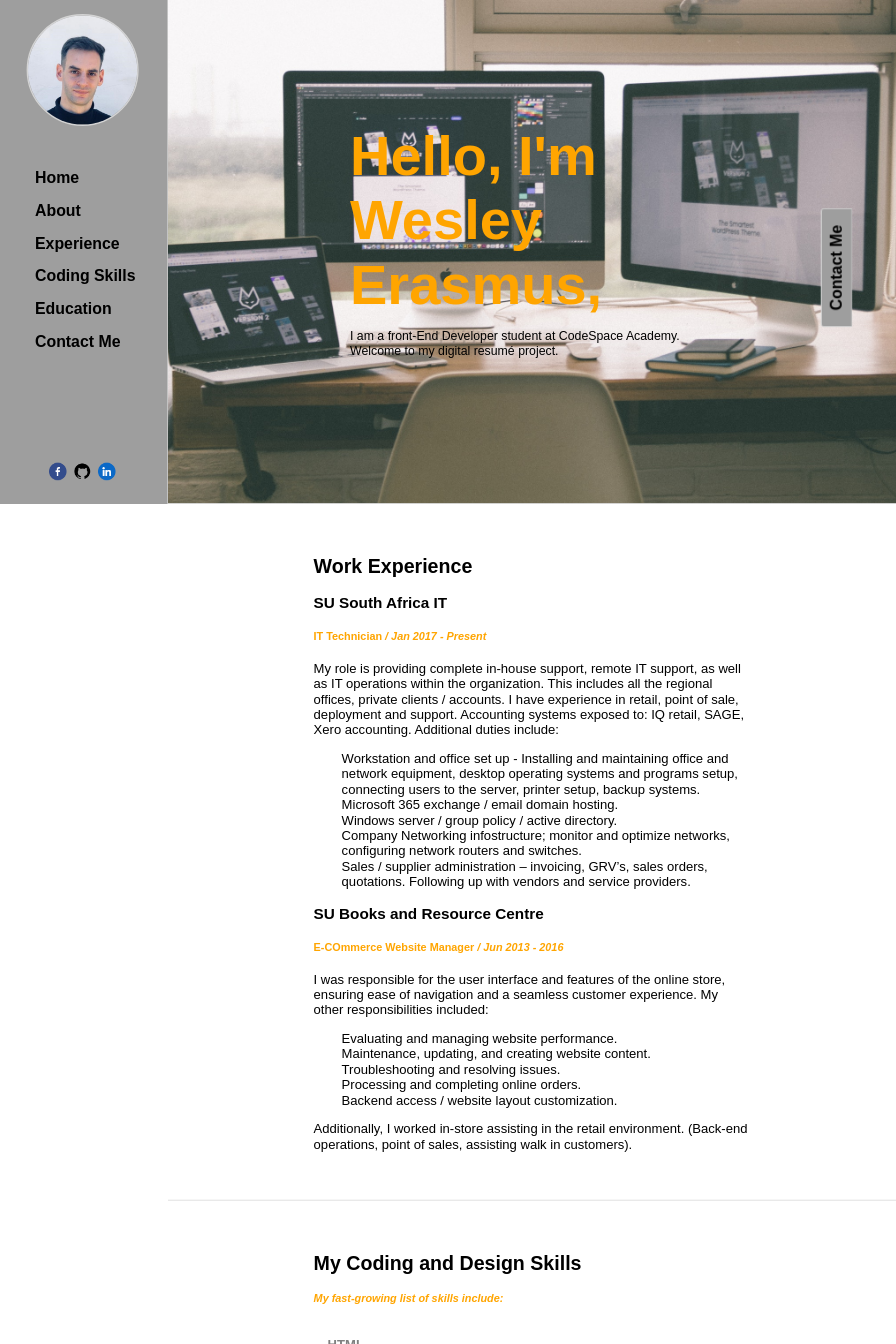
Repository: WesleyErasmus/MyDigitalResume-5
Page: index.html
An editor plug-in stored every save of this project. The page is shown before and after the next save, followed by the edit.
The browser window is 1280 px wide. The pictures show the part of the page from y = 0 to 1920 px (the page is 4069 px tall), at 70% of full size.
Pictures or frames that could not be fetched are drawn as grey boxes.

Above is the page before, as saved 2022-03-06 20:23:59.

After the next save:
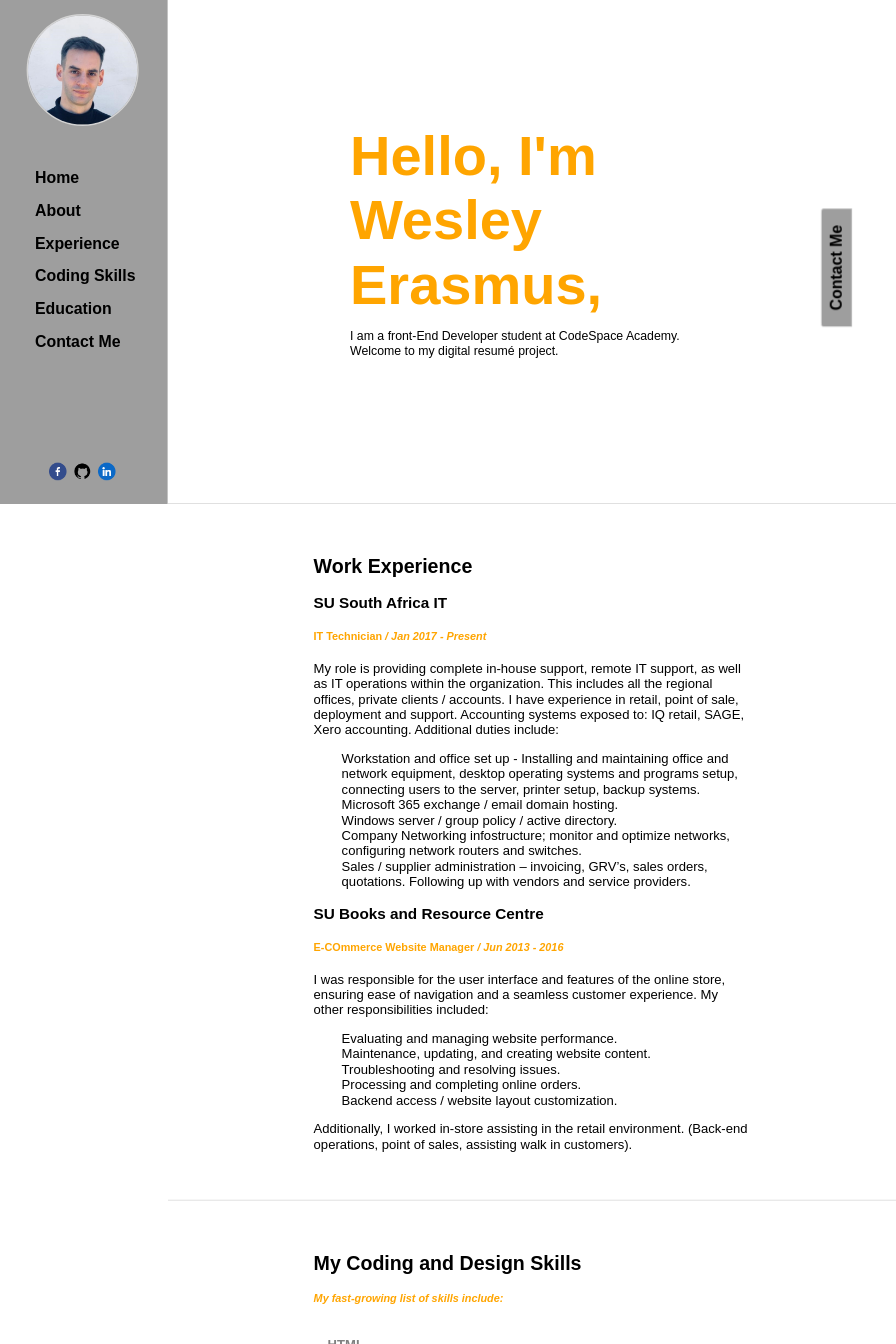
Saved 10 s later.
--- a/stylesheet.css
+++ b/stylesheet.css
@@ -101,10 +101,10 @@ main {
   color: orange;
 }
 article.about-me {
-  background-image: url(/images/web-design-1.jpg);
+  /* background-image: url(/images/web-design-1.jpg);
   background-position: center;
   background-repeat: no-repeat;
-  background-size: cover;
+  background-size: cover; */
   height: 100vh;
   font-size: 1.1rem;
   padding: 17% 25%;
